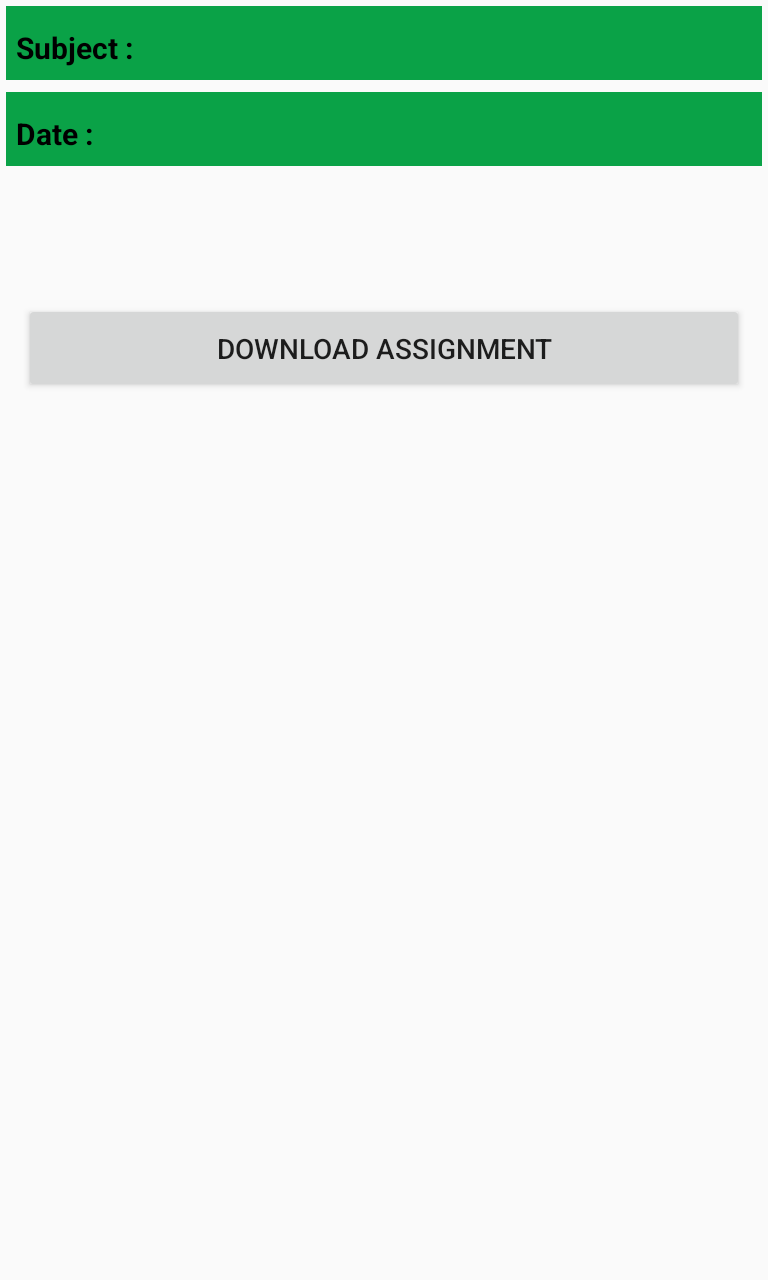
Repository: iguardian2015/iguardian-litchi
Layout: iguardian/res/layout/activity_assignment_view.xml
An editor plug-in stored every save of this project. The layout is shown before and after the next save, followed by the edit.
It is drawn on a 768 x 1280 px phone screen (xhdpi) without system bars, with theme AppTheme; the app's code is not run.

Above is the layout before, as saved 2015-01-03 15:16:54.

### iguardian/res/layout/activity_assignment_view.xml
<?xml version="1.0" encoding="utf-8"?>
<ScrollView xmlns:android="http://schemas.android.com/apk/res/android"
    android:layout_width="fill_parent"
    android:layout_height="fill_parent" >

    <LinearLayout
        android:layout_width="fill_parent"
        android:layout_height="fill_parent"
        android:orientation="vertical" >

        <LinearLayout
            android:layout_width="match_parent"
            android:layout_height="wrap_content"
            android:layout_margin="3dp"
            android:background="#0AA247"
            android:orientation="horizontal" >

            <TextView
                android:id="@+id/subject"
                android:layout_width="wrap_content"
                android:layout_height="wrap_content"
                android:padding="5dp"
                android:text="Subject :"
                android:textAppearance="?android:attr/textAppearanceLarge"
                android:textColor="#000000"
                android:textSize="15dp"
                android:textStyle="bold" />

            <TextView
                android:id="@+id/assignment_subject"
                android:layout_width="wrap_content"
                android:layout_height="wrap_content"
                android:padding="5dp"
                android:textAppearance="?android:attr/textAppearanceLarge"
                android:textColor="#000000"
                android:textSize="20dp"
                android:textStyle="italic" />
        </LinearLayout>

        <LinearLayout
            android:layout_width="match_parent"
            android:layout_height="wrap_content"
            android:layout_margin="3dp"
            android:background="#0AA247"
            android:orientation="horizontal" >

            <TextView
                android:id="@+id/date"
                android:layout_width="wrap_content"
                android:layout_height="wrap_content"
                android:padding="5dp"
                android:text="Date :"
                android:textAppearance="?android:attr/textAppearanceLarge"
                android:textColor="#000000"
                android:textSize="15dp"
                android:textStyle="bold" />

            <TextView
                android:id="@+id/assignment_date"
                android:layout_width="wrap_content"
                android:layout_height="wrap_content"
                android:padding="5dp"
                android:textAppearance="?android:attr/textAppearanceLarge"
                android:textColor="#000000"
                android:textSize="20dp"
                android:textStyle="italic" />
        </LinearLayout>


        <ScrollView
            android:layout_width="wrap_content"
            android:layout_height="wrap_content"
            android:layout_weight="1" >

            <TextView
                android:id="@+id/assignment"
                android:layout_width="match_parent"
                android:layout_height="wrap_content"
                android:layout_margin="8dp"
                android:padding="5dp"
                android:paddingTop="10dp"
                android:textAppearance="?android:attr/textAppearanceLarge"
                android:textColor="#525250"
                android:textSize="20dp"
                android:textStyle="italic" />
        </ScrollView>

        <LinearLayout
            android:layout_width="match_parent"
            android:layout_height="wrap_content"
            android:layout_margin="3dp"
            android:orientation="horizontal" >

            <Button
                android:id="@+id/download"
                android:layout_width="match_parent"
                android:layout_height="wrap_content"
                android:layout_margin="8dp"
                android:text="Download Assignment" />
        </LinearLayout>
    </LinearLayout>

</ScrollView>

### iguardian/res/values/styles.xml
<resources>

    <!--
        Base application theme, dependent on API level. This theme is replaced
        by AppBaseTheme from res/values-vXX/styles.xml on newer devices.
    -->
    <style name="AppBaseTheme" parent="Theme.AppCompat.Light">
        <!--
            Theme customizations available in newer API levels can go in
            res/values-vXX/styles.xml, while customizations related to
            backward-compatibility can go here.
        -->
    </style>

    <!-- Application theme. -->
    <style name="AppTheme" parent="AppBaseTheme">
        <!-- All customizations that are NOT specific to a particular API-level can go here. -->
    </style>

    <style name="DefaultButtonText">
       <item name="android:layout_width">fill_parent</item>
        <item name="android:layout_height">wrap_content</item>
        <item name="android:textColor">#FFFFFF</item>
        <item name="android:gravity">center</item>
        <item name="android:layout_margin">3dp</item>
        <item name="android:textStyle">normal</item>
        <item name="android:textSize">20sp</item>
        <item name="android:shadowColor">#f9f9f9</item>
        <item name="android:shadowDx">1</item>
        <item name="android:shadowDy">1</item>
        <item name="android:shadowRadius">1</item>
    </style>

    <style name="btnStyleBeige" parent="@android:style/Widget.Button">
       <item name="android:textSize">15sp</item>
       <item name="android:textStyle">bold</item>
       <item name="android:textColor">#5d6153</item>
       <item name="android:gravity">center</item>
       <item name="android:shadowColor">#000000</item>
       <item name="android:shadowDx">1</item>
       <item name="android:shadowDy">1</item>
       <item name="android:shadowRadius">0.6</item>
       <item name="android:background">@drawable/custom_button</item>
       <item name="android:padding">10dip</item>
   </style>

</resources>

### iguardian/res/drawable-hdpi/button_default_bg.xml
<?xml version="1.0" encoding="utf-8"?>
<selector xmlns:android="http://schemas.android.com/apk/res/android">
    <item  android:state_pressed="true" >
        <shape>
            <solid
                android:color="#f8f9fa" />
            <stroke
                android:width="1dp"
                android:color="#8CDA2C" />
            <corners
                android:radius="1dp" />

        </shape>
    </item>
    <item>
        <shape>
            <gradient
                android:startColor="#088A08"
                android:endColor="#d2d2d2"
                android:angle="270" />
            <stroke
                android:width="1dp"
                android:color="#d2d2d2" />
            <corners
                android:radius="1dp" />

        </shape>
    </item>
</selector>

Loaded but not shown: iguardian/res/values-v11/styles.xml (common file); iguardian/res/values-v14/styles.xml (common file)

After the next save:
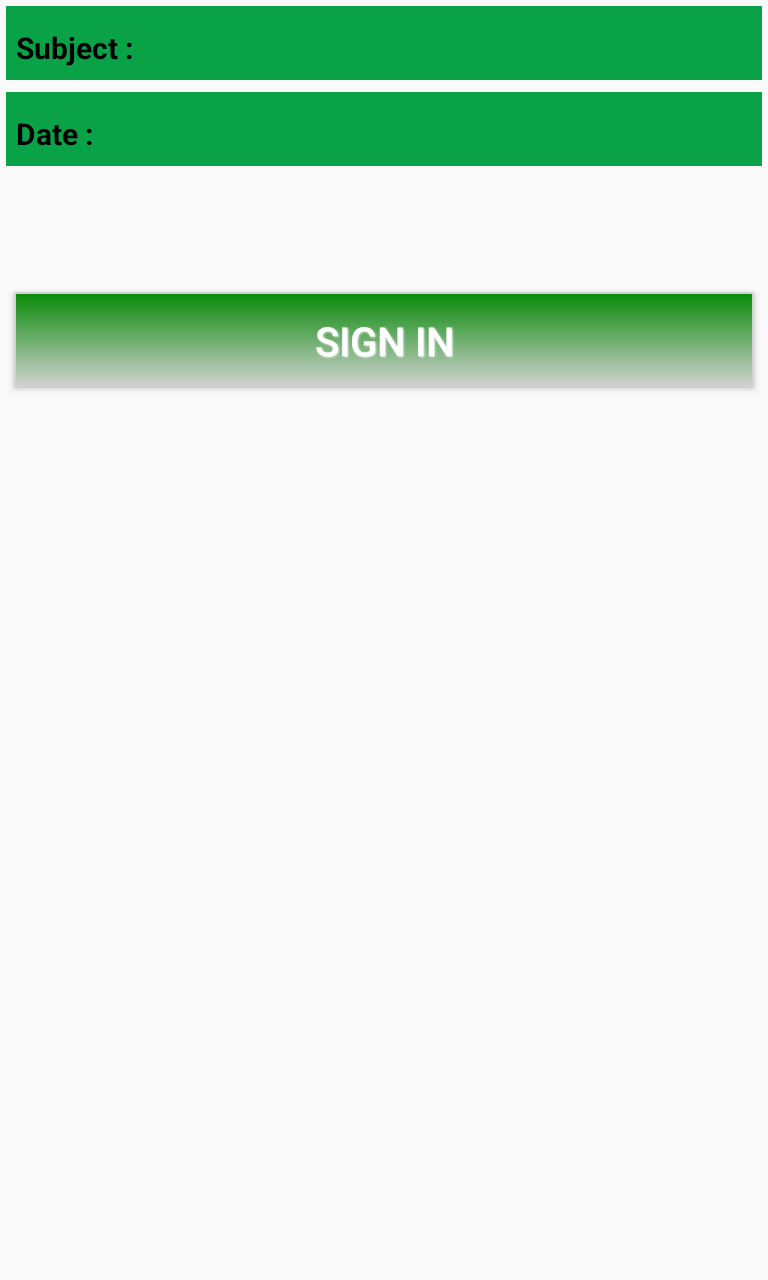
Saved 48 s later.
--- a/iguardian/res/layout/activity_assignment_view.xml
+++ b/iguardian/res/layout/activity_assignment_view.xml
@@ -91,12 +91,24 @@
             android:layout_margin="3dp"
             android:orientation="horizontal" >
 
-            <Button
+            <!-- <Button
                 android:id="@+id/download"
                 android:layout_width="match_parent"
                 android:layout_height="wrap_content"
                 android:layout_margin="8dp"
-                android:text="Download Assignment" />
+                android:text="Download Assignment" /> -->
+
+            <Button
+               android:id="@+id/download"
+               android:layout_width="match_parent"
+               android:layout_height="wrap_content"
+            android:padding="10dp"
+            android:layout_margin="4dp"
+               android:text="Sign In"
+            style="@style/DefaultButtonText"
+               android:background="@drawable/button_default_bg"
+           />
+
         </LinearLayout>
     </LinearLayout>
 
